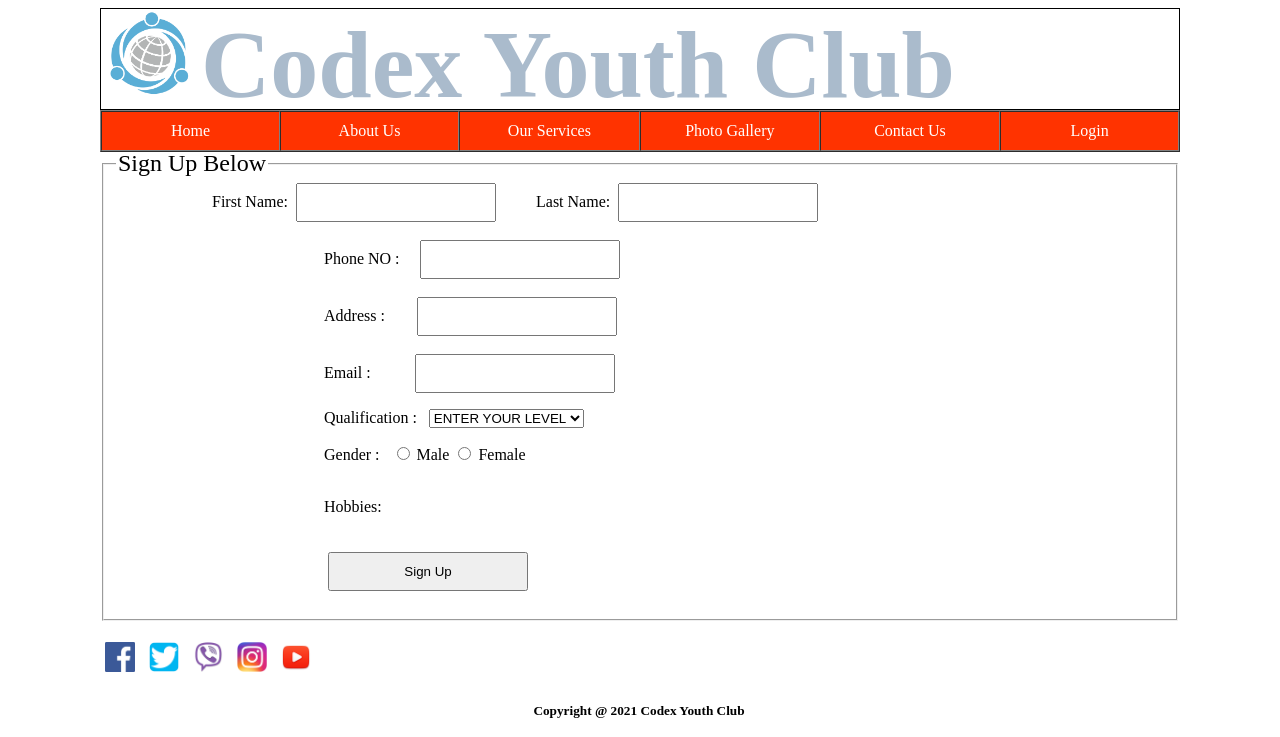
Repository: Davidchuks96/Social-Club
Page: signup.html
The author's editor kept a copy of each file at every save. The page is drawn from the files as they stood at one save, then again after the next save.
The browser window is 1280 px wide. The pictures show the whole page.

Above is the page before, as saved 2021-02-22 17:49:35.

### signup.html
<html>
<head>
<title>Codex Youth Club | Signup</title>
</head>
<link href="new.css" type="text/css" rel="stylesheet" />
<!-- Internal CSS -->
<style>
header img{
float:left;
}

header h1{
margin:0px;
float:center;
}
input[type=text]
{
	width:200px;
	padding:10px;
}
input[type=number]
{
	width:200px;
	padding:10px;
}
input[type=email]
{
	width:200px;
	padding:10px;
}
input[type=submit]
{
	width:200px;
	padding:10px;
}
.error{
color:red;
}
</style>
<body>
<div class="id">
<div class="header">
<header>
<a href="new.html">
<!-- href is used for linking page address -->
<img src="images/logo.png" width="100px" ></a>
<font size="20" color="#abc"><h1> Codex Youth Club</h1></font>



</header>
</div>

<div class="list">
<table width="1080" border="1" border-color="white" cellspacing="0" cellpadding="0">
      <tr>
	  <!-- Using tr and td with href in table as Navigation bar -->
        <td width="196" height="40" align="center" bgcolor="FF3300"><span class="style7"><a href="new.html"><font color="#FFFFFF">Home</font></a></span></td>
        <td width="196" height="40" align="center" bgcolor="FF3300"><span class="style7"><a href="about.html"><font color="#FFFFFF">About Us</font></a></span></td>
        <td width="196" height="40" align="center" bgcolor="FF3300"><span class="style7"><a href="services.html"><font color="#FFFFFF">Our Services</font></a></span></td>
        <td width="196" height="40" align="center" bgcolor="FF3300"><span class="style7"><a href="gallery.html"><font color="#FFFFFF">Photo Gallery</font></a></span></td>
        <td width="196" height="40" align="center" bgcolor="FF3300"><span class="style7"><a href="contact.html"><font color="#ffffff">Contact Us</font></a></span></td>
        <td width="196" height="40" align="center" bgcolor="FF3300"><span class="style7"><a href="login.html"><font color="#ffffff">Login</font></a></span></td>
      </tr>
    </table>
</div>
<!-- Form is used for signup. "&nbsp" is used to give space. -->
<form id="form" action="" method="post">
<fieldset>
<legend> <font size="5">Sign Up Below </font></legend>
<label>&nbsp;&nbsp;&nbsp;&nbsp;&nbsp;&nbsp;&nbsp;&nbsp;&nbsp;&nbsp;&nbsp;&nbsp;&nbsp;&nbsp;&nbsp;&nbsp;&nbsp;&nbsp;&nbsp;&nbsp;&nbsp;&nbsp;&nbsp;&nbsp;First Name:&nbsp;
<input id="fname" type="text" name="name"/>
</label>
<label>&nbsp;&nbsp;&nbsp;&nbsp;&nbsp;&nbsp;&nbsp;&nbsp;&nbsp;Last Name:&nbsp;
<input id="lname" type="text" name="name"/>
</label><br><br>
<label>&nbsp;&nbsp;&nbsp;&nbsp;&nbsp;&nbsp;&nbsp;&nbsp;&nbsp;&nbsp;&nbsp;&nbsp;&nbsp;&nbsp;&nbsp;&nbsp;&nbsp;
		&nbsp;&nbsp;&nbsp;&nbsp;&nbsp;&nbsp;&nbsp;&nbsp;&nbsp;&nbsp;&nbsp;&nbsp;&nbsp;&nbsp;&nbsp;&nbsp;&nbsp;
		&nbsp;&nbsp;&nbsp;&nbsp;&nbsp;&nbsp;&nbsp;&nbsp;&nbsp;&nbsp;&nbsp;&nbsp;&nbsp;&nbsp;&nbsp;&nbsp;Phone NO  :&nbsp;&nbsp;&nbsp;&nbsp;
<input id="phone" type="number" name="name"/>
</label><br><br>
<label>&nbsp;&nbsp;&nbsp;&nbsp;&nbsp;&nbsp;&nbsp;&nbsp;&nbsp;&nbsp;&nbsp;&nbsp;&nbsp;&nbsp;&nbsp;&nbsp;
		&nbsp;&nbsp;&nbsp;&nbsp;&nbsp;&nbsp;&nbsp;&nbsp;&nbsp;&nbsp;&nbsp;&nbsp;&nbsp;&nbsp;&nbsp;&nbsp;&nbsp;
		&nbsp;&nbsp;&nbsp;&nbsp;&nbsp;&nbsp;&nbsp;&nbsp;&nbsp;&nbsp;&nbsp;&nbsp;&nbsp;&nbsp;&nbsp;&nbsp;&nbsp;Address  :&nbsp;&nbsp;&nbsp;&nbsp;&nbsp;&nbsp;&nbsp;
<input id="address" type="text" name="name"/>
</label><br><br>
<label>&nbsp;&nbsp;&nbsp;&nbsp;&nbsp;&nbsp;&nbsp;&nbsp;&nbsp;&nbsp;&nbsp;&nbsp;&nbsp;&nbsp;&nbsp;&nbsp;
		&nbsp;&nbsp;&nbsp;&nbsp;&nbsp;&nbsp;&nbsp;&nbsp;&nbsp;&nbsp;&nbsp;&nbsp;&nbsp;&nbsp;&nbsp;&nbsp;&nbsp;
		&nbsp;&nbsp;&nbsp;&nbsp;&nbsp;&nbsp;&nbsp;&nbsp;&nbsp;&nbsp;&nbsp;&nbsp;&nbsp;&nbsp;&nbsp;&nbsp;&nbsp;Email  :&nbsp;&nbsp;&nbsp;&nbsp;&nbsp;&nbsp;&nbsp;&nbsp;&nbsp;&nbsp;
<input id="email" type="email" name="name"/>
</label>
<p>
 <label for="edu-label">&nbsp;&nbsp;&nbsp;&nbsp;&nbsp;&nbsp;&nbsp;&nbsp;&nbsp;&nbsp;&nbsp;&nbsp;&nbsp;
		&nbsp;&nbsp;&nbsp;&nbsp;&nbsp;&nbsp;&nbsp;&nbsp;&nbsp;&nbsp;&nbsp;&nbsp;&nbsp;&nbsp;&nbsp;&nbsp;&nbsp;
		&nbsp;&nbsp;&nbsp;&nbsp;&nbsp;&nbsp;&nbsp;&nbsp;&nbsp;&nbsp;&nbsp;&nbsp;&nbsp;&nbsp;&nbsp;&nbsp;&nbsp;&nbsp;&nbsp;&nbsp;Qualification  :&nbsp;&nbsp;</label>
<select id="edu-level" name="level">
<option value="">ENTER YOUR LEVEL</option>
<option value="highschool">Intermediate</option>
<option value="University">Bachelor</option>
<option value="University">Masters </option>
</select>
</p>

<p>&nbsp;&nbsp;&nbsp;&nbsp;&nbsp;&nbsp;&nbsp;&nbsp;&nbsp;&nbsp;&nbsp;&nbsp;&nbsp;&nbsp;&nbsp;&nbsp;&nbsp;
		&nbsp;&nbsp;&nbsp;&nbsp;&nbsp;&nbsp;&nbsp;&nbsp;&nbsp;&nbsp;&nbsp;&nbsp;&nbsp;&nbsp;&nbsp;&nbsp;&nbsp;
		&nbsp;&nbsp;&nbsp;&nbsp;&nbsp;&nbsp;&nbsp;&nbsp;&nbsp;&nbsp;&nbsp;&nbsp;&nbsp;&nbsp;&nbsp;&nbsp;Gender  :&nbsp;&nbsp;
<label>
<input type="radio" name="gender" value="yes"/> Male
</label>
<label>
<input type="radio" name="gender" value="yes"/> Female
</label>
</p>
<br>&nbsp;&nbsp;&nbsp;&nbsp;&nbsp;&nbsp;&nbsp;&nbsp;&nbsp;&nbsp;&nbsp;&nbsp;&nbsp;&nbsp;&nbsp;&nbsp;&nbsp;
		&nbsp;&nbsp;&nbsp;&nbsp;&nbsp;&nbsp;&nbsp;&nbsp;&nbsp;&nbsp;&nbsp;&nbsp;&nbsp;&nbsp;&nbsp;&nbsp;&nbsp;
		&nbsp;&nbsp;&nbsp;&nbsp;&nbsp;&nbsp;&nbsp;&nbsp;&nbsp;&nbsp;&nbsp;&nbsp;&nbsp;&nbsp;&nbsp;&nbsp;Hobbies:
		<br><br>
		&nbsp;&nbsp;&nbsp;&nbsp;&nbsp;&nbsp;&nbsp;&nbsp;&nbsp;&nbsp;&nbsp;&nbsp;&nbsp;&nbsp;&nbsp;&nbsp;&nbsp;
		&nbsp;&nbsp;&nbsp;&nbsp;&nbsp;&nbsp;&nbsp;&nbsp;&nbsp;&nbsp;&nbsp;&nbsp;&nbsp;&nbsp;&nbsp;&nbsp;&nbsp;
		&nbsp;&nbsp;&nbsp;&nbsp;&nbsp;&nbsp;&nbsp;&nbsp;&nbsp;&nbsp;&nbsp;&nbsp;&nbsp;&nbsp;&nbsp;&nbsp;
<label>


</label>
<br>
&nbsp;&nbsp;&nbsp;&nbsp;&nbsp;&nbsp;&nbsp;&nbsp;&nbsp;&nbsp;&nbsp;&nbsp;&nbsp;&nbsp;&nbsp;&nbsp;&nbsp;
		&nbsp;&nbsp;&nbsp;&nbsp;&nbsp;&nbsp;&nbsp;&nbsp;&nbsp;&nbsp;&nbsp;&nbsp;&nbsp;&nbsp;&nbsp;&nbsp;&nbsp;
		&nbsp;&nbsp;&nbsp;&nbsp;&nbsp;&nbsp;&nbsp;&nbsp;&nbsp;&nbsp;&nbsp;&nbsp;&nbsp;&nbsp;&nbsp;&nbsp;
		<input type="submit" onclick="recheck(this.form)" value="Sign Up"/>
		<h3 align="center">
			<p id="errorMessage" class="error">
			</p>
		</h3>

</fieldset>
</form>
<p id="successMessage" class="success"></p>
<!-- img is used to insert icon and href is linked on the icons in footer -->
<div class="footer">
<a target="_blank" href="https://www.facebook.com/"><img src="images/fb.png" width="30" height="30"></a>
<a target="_blank" href="https://www.twitter.com/"><img src="images/tw.png" width="30" height="30"></a>
<a target="_blank" href="https://www.viber.com/"><img src="images/vb.png" width="30" height="30"></a>
<a target="_blank" href="https://www.instagram.com/"><img src="images/in.png" width="30" height="30"></a>
<a target="_blank" href="https://www.youtube.com/"><img src="images/yu.png" width="30" height="30"></a>

<h5 id="fo" align="center"></h5>
</div>
<!-- JavaScript used in the recent page are listed below. Script is used for it -->
<script src="signup.js" ></script>
<script src="footer.js" ></script>
</body>
</html>

### new.css
/* "." is used for class assigned
  "#" is used for id assined */
.id{
	width:1080px;
	height:auto;
	margin-left:auto;
	margin-right:auto;

}
.header{
	background-color:;
	width:1078px;
	height:100px;
	border:1px solid black;
	clear:both;

}
.logo{
	float:left;
}
.logo1{
	float:left;
	display:inline;

	background-image:url("images/fewa.jpg");


}
.header p{
	display:inline;


}

.list{
	float:left;
	font-style:normal;
	font-size:27px;
	background-color:#efefef;
	width:1080px;
	height:40px;
	text-decoration:none;
}

.list table tr td a{
	display:inline;
	text-decoration:none;
}


.sidebar{
	float:left;
	width:800px;
	height:300px;
	border:1px solid black;
}
.bar{

	float:left;
	width:276px;
	height:300px;
	border:1px solid black;
}
.adv{
	float:left;
	width:1078px;
	height:30px;
	border:1px solid black;
}
/*
.content{
	float:left;
	width:1078;
	height:500;
	border:1px solid black;
}*/
.footer{
	float:left;
	width:1078px;
	height:100px;
	border:0px solid black;
	clear:both;
	text-align:left;
}
.footer img{
	margin:5px;
}
.s1{
	height:400px;
	width:500px;
	float:left;
	border:1px solid black;
	margin:5px 5px 5px 22px;
}

### signup.js
function checkFormEntry()
{
	document.getElementById("errorMessage").innerHTML="";
	document.getElementById("successMessage").innerHTML="";

	var errors="";
	if(document.getElementById("fname").value.length<3)
	{
		errors +="First name must have 3 Character.<br>";
	}
	if(document.getElementById("lname").value.length<5)
	{
		errors +="Last Name must have 5 character <br>";
	}
	if(document.getElementById("phone").value.length<10)
	{
		errors +="Phone Number must contain 10 digit.<br>";
	}
	if(document.getElementById("address").value.length<5)
	{
		errors +="Address must be 5 character.<br>";
	}
	if(document.getElementById("email").value.length<10)
	{
		errors +="Enter a Valid Email Address.<br>";
	}
	if(document.getElementById("edu-level").value=="")
	{
		errors +="Please Select your level.<br>";
	}
	if(errors!="")
	{
		document.getElementById("errorMessage").innerHTML=errors;
	}
	else{
		//document.getElementById("successMessage").innerHTML="You have successfully signed up Man";
		window.alert("YOU HAVE SUCCESFULLY SIGNED UP!!THANK YOU!!");
		window.location.href="new.html";

	}
	return false;
}
document.getElementById("form").onsubmit=checkFormEntry;

### footer.js
var value="Copyright @ 2021 Codex Youth Club";
document.getElementById("fo").innerHTML=value;

After the next save:
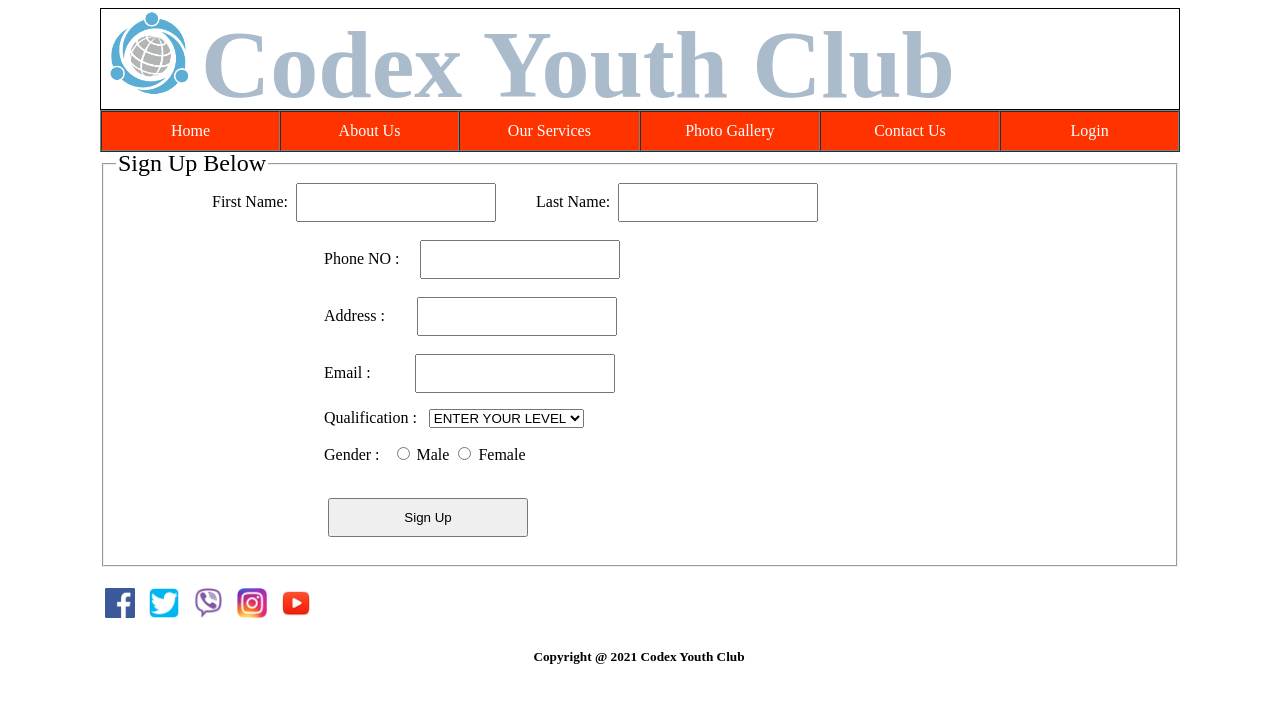
Saved 17 s later.
--- a/signup.html
+++ b/signup.html
@@ -111,13 +111,7 @@ color:red;
 <input type="radio" name="gender" value="yes"/> Female
 </label>
 </p>
-<br>&nbsp;&nbsp;&nbsp;&nbsp;&nbsp;&nbsp;&nbsp;&nbsp;&nbsp;&nbsp;&nbsp;&nbsp;&nbsp;&nbsp;&nbsp;&nbsp;&nbsp;
-		&nbsp;&nbsp;&nbsp;&nbsp;&nbsp;&nbsp;&nbsp;&nbsp;&nbsp;&nbsp;&nbsp;&nbsp;&nbsp;&nbsp;&nbsp;&nbsp;&nbsp;
-		&nbsp;&nbsp;&nbsp;&nbsp;&nbsp;&nbsp;&nbsp;&nbsp;&nbsp;&nbsp;&nbsp;&nbsp;&nbsp;&nbsp;&nbsp;&nbsp;Hobbies:
-		<br><br>
-		&nbsp;&nbsp;&nbsp;&nbsp;&nbsp;&nbsp;&nbsp;&nbsp;&nbsp;&nbsp;&nbsp;&nbsp;&nbsp;&nbsp;&nbsp;&nbsp;&nbsp;
-		&nbsp;&nbsp;&nbsp;&nbsp;&nbsp;&nbsp;&nbsp;&nbsp;&nbsp;&nbsp;&nbsp;&nbsp;&nbsp;&nbsp;&nbsp;&nbsp;&nbsp;
-		&nbsp;&nbsp;&nbsp;&nbsp;&nbsp;&nbsp;&nbsp;&nbsp;&nbsp;&nbsp;&nbsp;&nbsp;&nbsp;&nbsp;&nbsp;&nbsp;
+
 <label>
 
 
